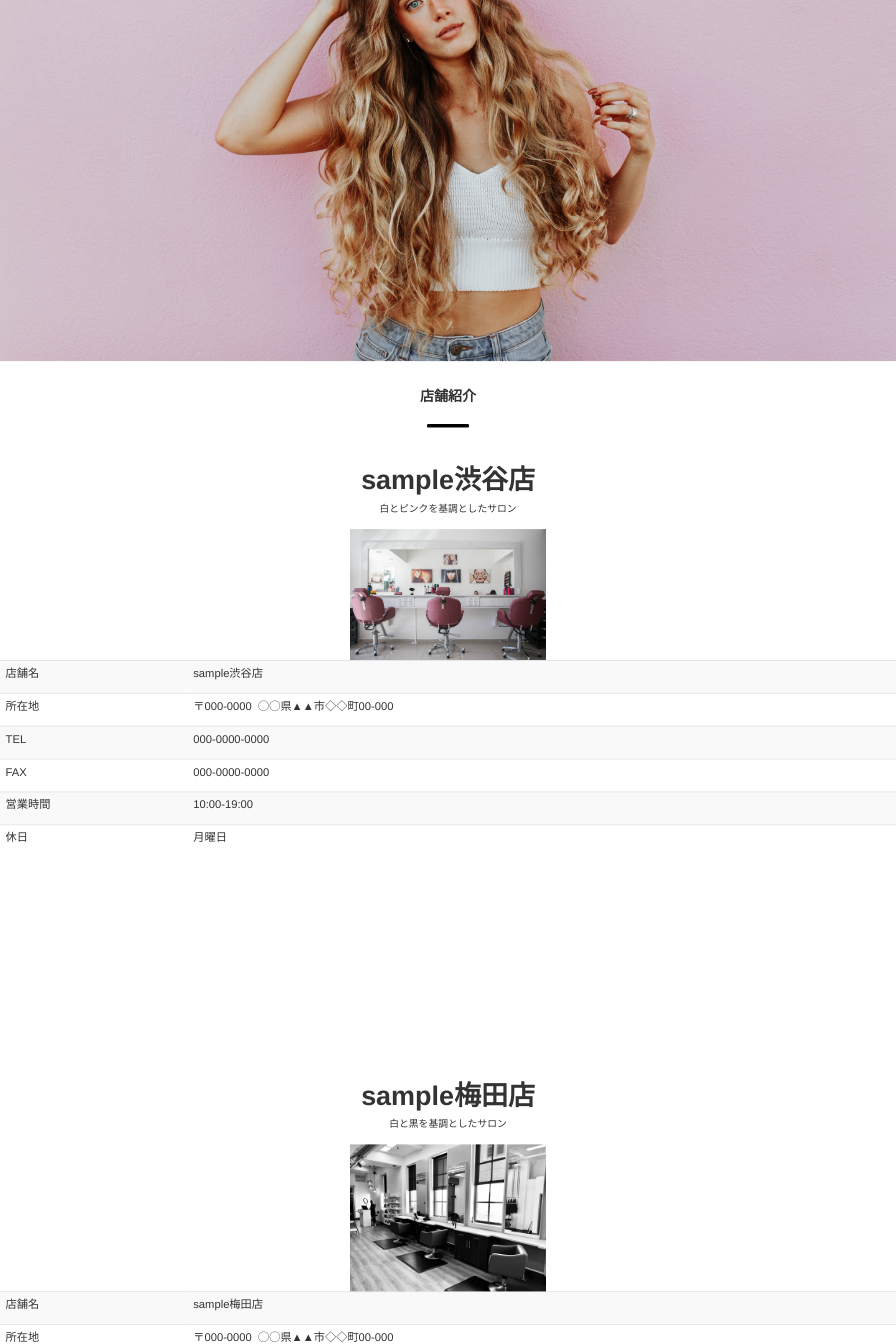
Repository: hayashikazuki/side_job_tenp_hayashi
Page: salon-tenp/profile.html
The author's editor kept a record of every edit. The page is drawn from the files as they stood at one moment, then again after the next edit.
The browser window is 1280 px wide. The pictures show the part of the page from y = 377 to 2297 px (the page is 2890 px tall before and 2854 px after), at 70% of full size.
Pictures or frames that could not be fetched are drawn as grey boxes. Some web libraries are served in a nearby version.

Above is the page before.

After the next edit:
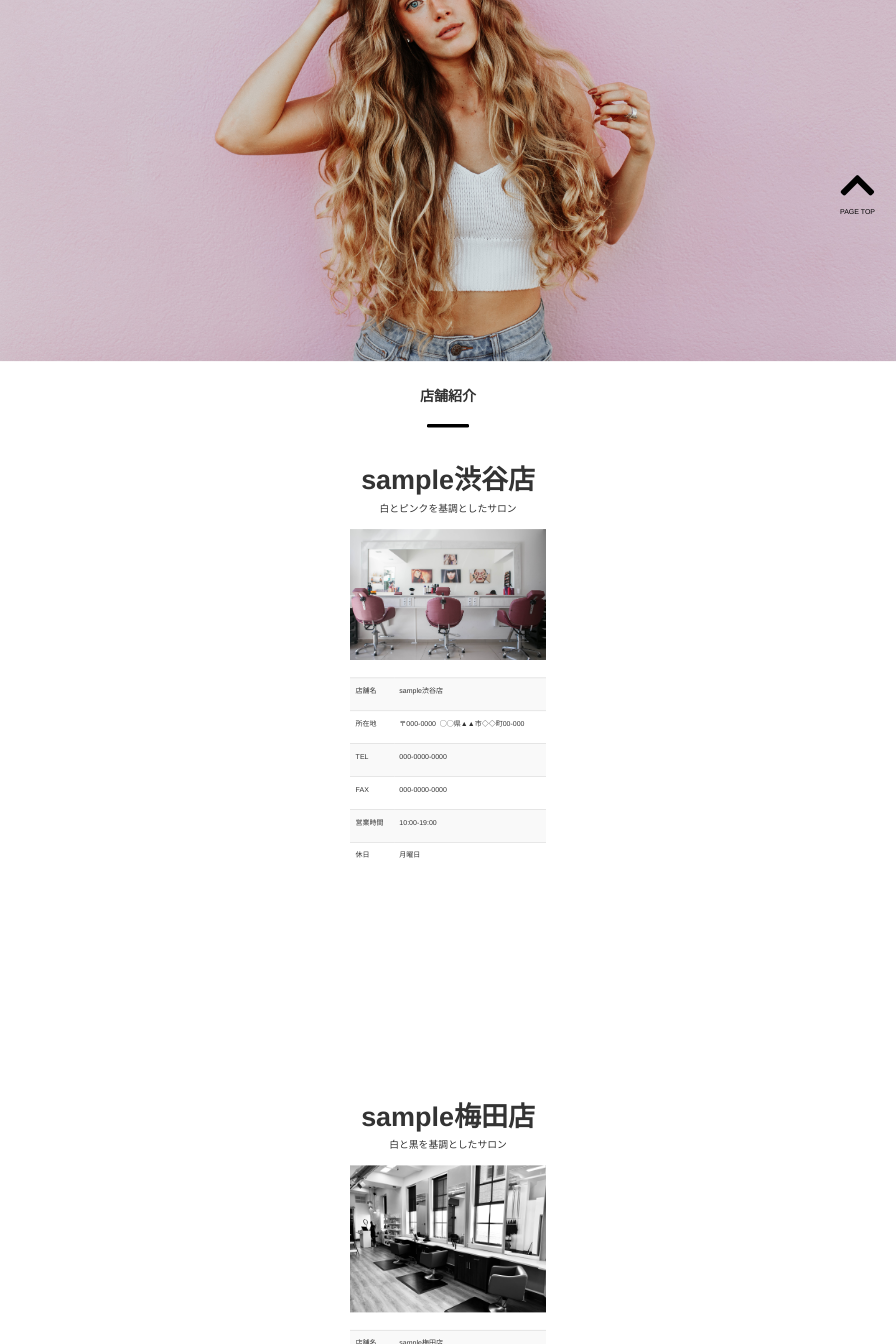
The edit:
--- a/salon-tenp/profile.css
+++ b/salon-tenp/profile.css
@@ -274,3 +274,35 @@ nav .inner ul li a:hover {
 .shop-img img{
     width:280px;
 }
+
+.info{
+  width:280px;
+  margin:25px auto;
+}
+
+.info p{
+  font-size:10px;
+}
+
+footer p{
+    font-size:12px;
+    margin:0;
+}
+
+.top-btn{
+    text-align:center;
+    position:fixed;
+    bottom:30px;
+    right:30px;
+}
+
+.top-btn p{
+    color:black;
+    font-size:10px;
+    margin:0;
+}
+
+.top-btn a{
+    color:black;
+    text-decoration:none;
+}
